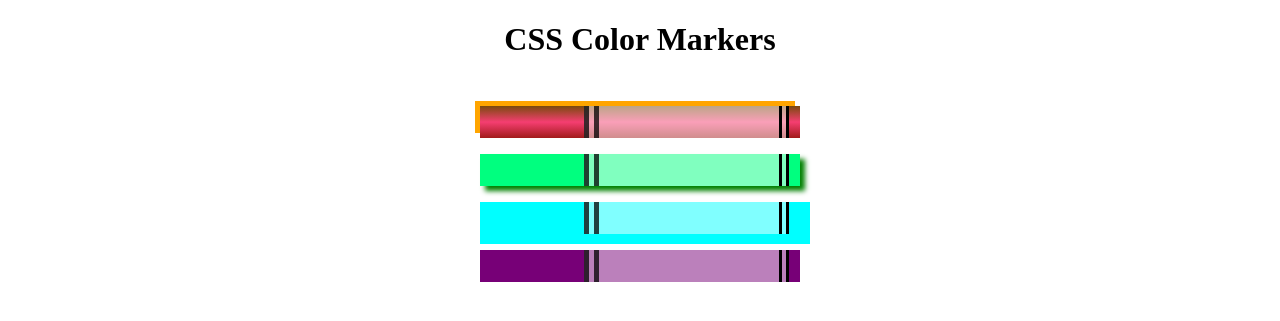
Repository: Lungdjos/color_markers
Page: index.html
An editor plug-in stored every save of this project. The page is shown before and after a run of saves, followed by the edit.
The browser window is 1280 px wide. The pictures show the whole page.

Above is the page before, as saved 2023-09-28 11:38:35.

### index.html
<!DOCTYPE html>
<html lang="en">

<head>
    <meta charset="UTF-8">
    <meta name="viewport" content="width=device-width, initial-scale=1.0">
    <title>Colored Markers</title>
    <link rel="stylesheet" href="styles.css">
</head>

<body>
    <h1>CSS Color Markers</h1>
    <div class="container">
        <div class="marker red">
            <div class="cap"></div>
            <div class="sleeve"></div>
        </div>
        <div class="marker green">
            <div class="cap"></div>
            <div class="sleeve"></div>
        </div>
        <div class="marker cyan">
            <div class="cap"></div>
            <div class="sleeve"></div>
        </div>
        <div class="marker purple">
            <div class="cap"></div>
            <div class="sleeve"></div>
        </div>
    </div>
</body>

</html>

### styles.css
/* STYLING */

h1 {
    text-align: center;
}

.marker {
    /* background-color: red; */
    width: 320px;
    height: 32px;
    margin: 16px auto;
}

.red {
    background: linear-gradient(rgb(122, 74, 14), rgb(245, 62, 113), rgb(162, 27, 27));
    box-shadow: -5px -5px orange;
}

.green {
    background-color: rgb(0, 255, 127);
    box-shadow: 5px 5px 5px green;
}

.cyan {
    background-color: #00ffff;
    box-shadow: 5px 5px 0px 5px cyan;
}

.purple {
    background-color: #707;
}

.container {
    background-color: hsl(255, 100%, 100%);
    margin: auto;
    padding: 10px 0px;
}

.sleeve {
    width: 180px;
    height: 32px;
    background-color: rgba(255, 255, 255, 0.5);
    border-left: 15px double rgba(0, 0, 0, 0.75);
    border-right: 10px double black;
}

.cap {
    width: 100px;
    height: 32px;
}

.cap,
.sleeve {
    display: inline-block;
}

After the next 2 saves:
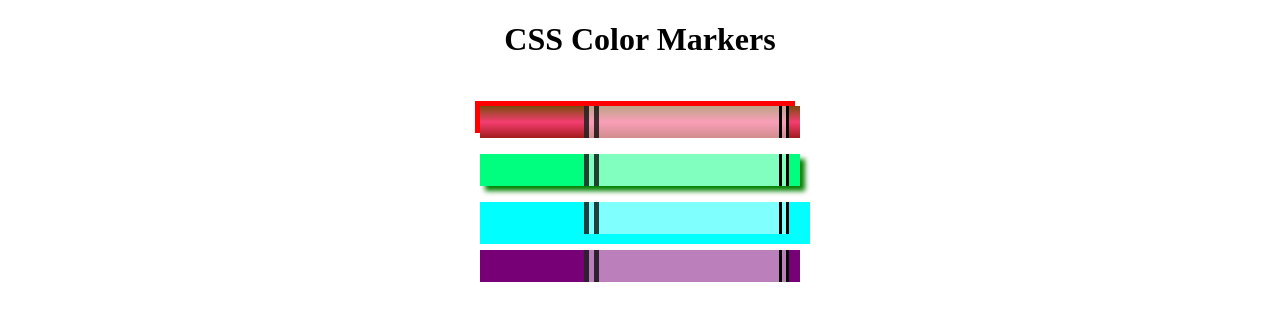
The 2 saves are shown as one change because they came seconds apart.
The last was saved 8 s later.
--- a/styles.css
+++ b/styles.css
@@ -13,7 +13,7 @@ h1 {
 
 .red {
     background: linear-gradient(rgb(122, 74, 14), rgb(245, 62, 113), rgb(162, 27, 27));
-    box-shadow: -5px -5px orange;
+    box-shadow: -5px -5px red;
 }
 
 .green {
